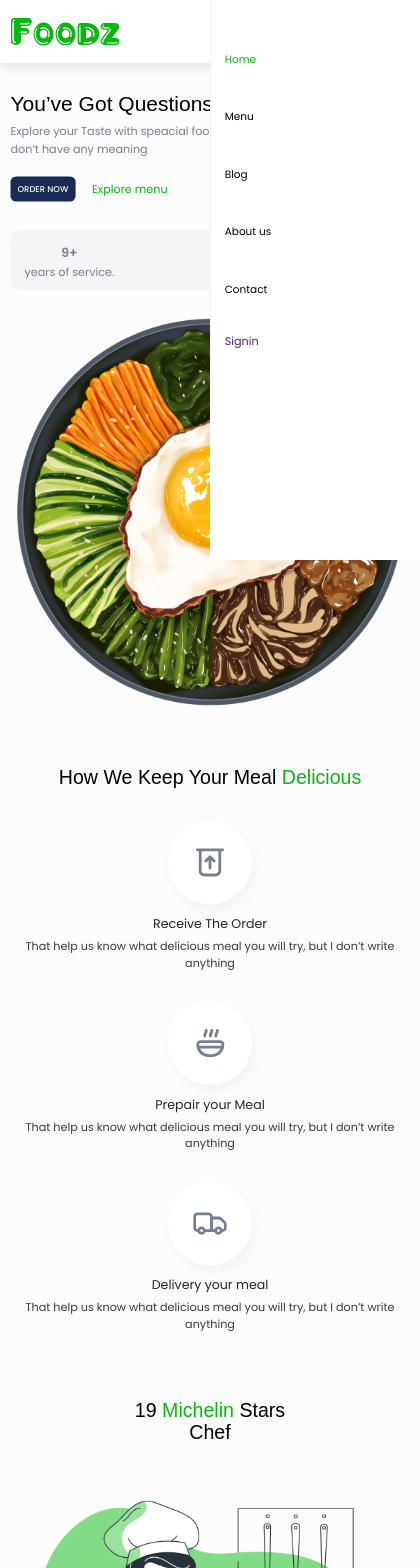
Repository: Toan3333/fooz
Page: index.html
The author's editor kept a copy of each file at every save. The page is drawn from the files as they stood at one save, then again after the next save.
The browser window is 600 px wide. The pictures show the part of the page from y = 0 to 2240 px (the page is 9973 px tall), at 70% of full size.
Some web fonts or font styles are not loaded; a fallback is used.

Above is the page before, as saved 2023-06-09 11:31:51.

After the next save:
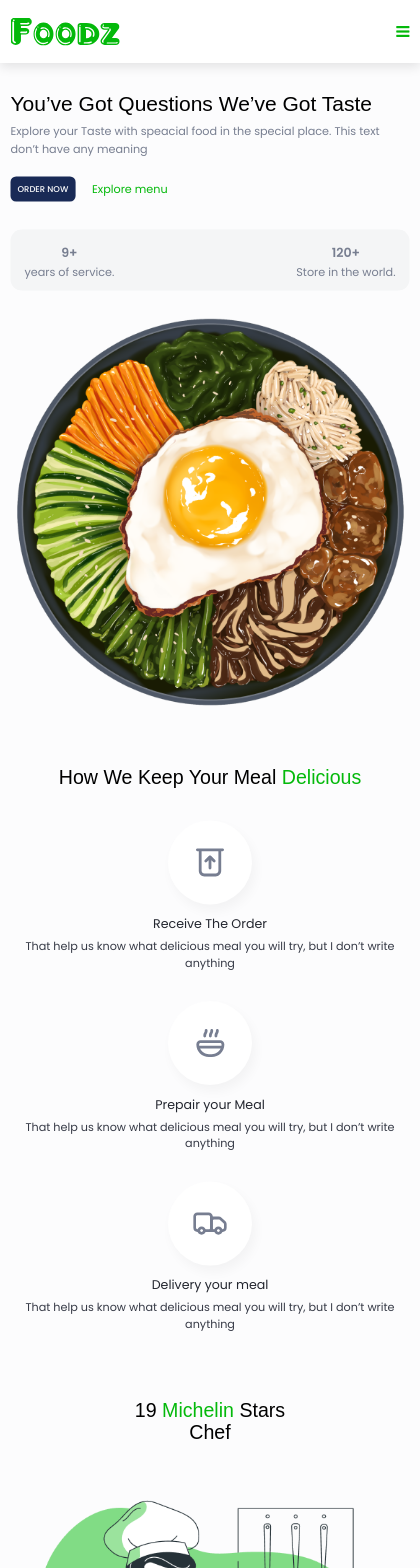
Saved 117 s later.
--- a/assets/css/responsive.css
+++ b/assets/css/responsive.css
@@ -133,6 +133,7 @@
     top: 0;
     bottom: 0;
     background-color: white;
+    transform: translateX(100%);
   }
   .header-nav {
     padding-top: 50px;
